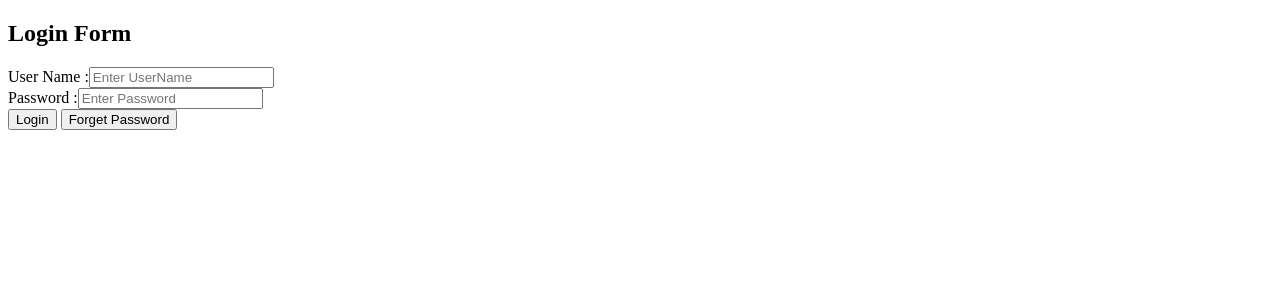
Repository: GuptaReena/Java-Spring
Page: LoginMVCWebProject/src/main/webapp/Login.html
These files come from the project's save history. The page is drawn as it stood at one moment and after the next save; the edit follows.
The browser window is 1280 px wide. The pictures show the whole page.

Above is the page before, as saved 2024-07-12 15:13:13.

After the next save:
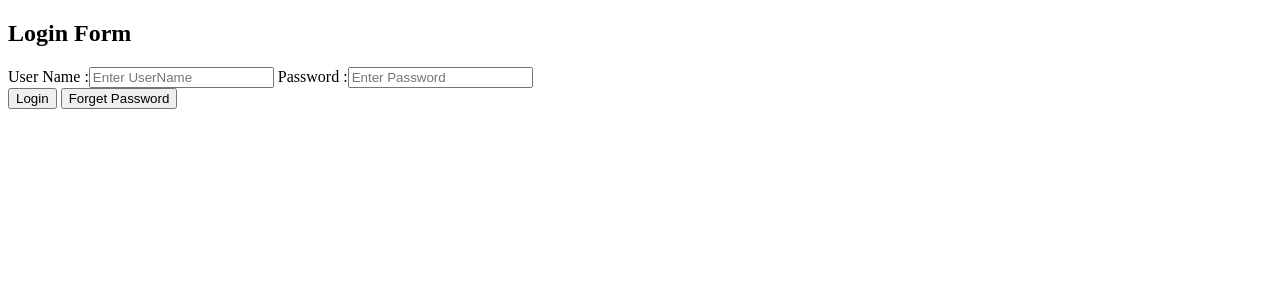
Saved 110 s later.
--- a/LoginMVCWebProject/src/main/webapp/Login.html
+++ b/LoginMVCWebProject/src/main/webapp/Login.html
@@ -12,12 +12,11 @@
 			<h2>Login Form</h2>
 		</div>
 
-		<div>
+
 			User Name :<input type="text" name="user" placeholder="Enter UserName">
-		</div>
-		<div>
+
 			Password  :<input type="password" name="pass" placeholder="Enter Password">
-		</div>
+
 
 		<div>
 			<button value = "submit"> Login</button>

After the 2 saves that followed:
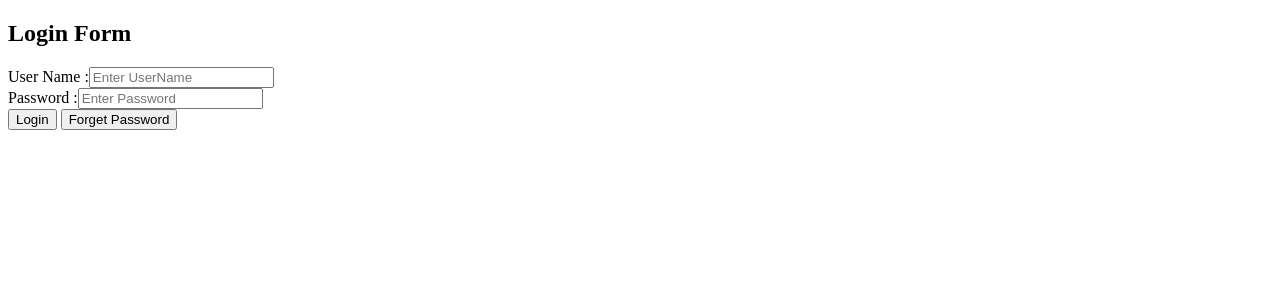
The 2 saves are shown as one change because 1 left the picture as it was.
The last was saved 106 s later.
--- a/LoginMVCWebProject/src/main/webapp/Login.html
+++ b/LoginMVCWebProject/src/main/webapp/Login.html
@@ -12,11 +12,12 @@
 			<h2>Login Form</h2>
 		</div>
 
-
+		<div>
 			User Name :<input type="text" name="user" placeholder="Enter UserName">
-
+		</div>
+		<div>
 			Password  :<input type="password" name="pass" placeholder="Enter Password">
-
+		</div>
 
 		<div>
 			<button value = "submit"> Login</button>
